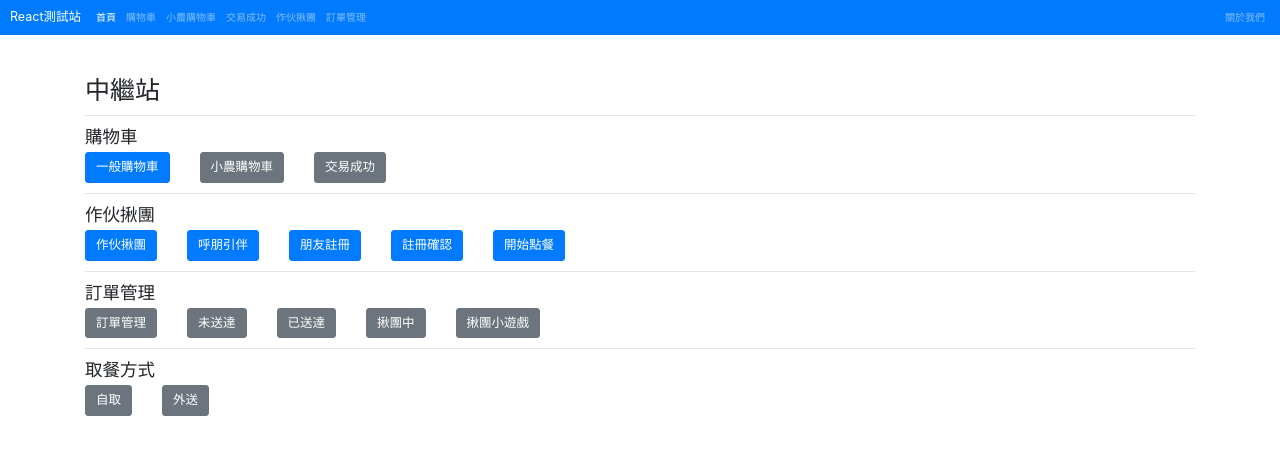
Repository: as2million/group_c
Page: /
An editor plug-in stored every save of this project. The page is shown before and after the next save, followed by the edit.
The browser window is 1280 px wide. The pictures show the whole page.
The project was rebuilt for these pictures with package versions that can differ from the ones it lists, and the page was loaded fresh each time. Also part of the build but not shown: src/Cha/pages-demo/About.js, src/Cha/pages-demo/Product.js, src/Cha/pages-demo/Success.js, src/Cha/Components/Cha-Cart-ProgressBar/ChaCartProgressBar.scss, src/Cha/Components/Cha-Cart-ProgressBar/ChaCartProgressBar.js, src/Cha/Components/Cha-Cart-Submit-Card/ChaCartSubmitCard.scss, src/Cha/Components/Cha-Cart-Submit-Card/ChaCartSubmitCard.js, src/Share/Components/Counter/Counter.scss and 30 more.

Above is the page before, as saved 2020-10-29 09:32:47.

### public/index.html
<!DOCTYPE html>
<html lang="en">

<head>
  <meta charset="utf-8" />
  <link rel="icon" href="%PUBLIC_URL%/favicon.ico" />
  <meta name="viewport" content="width=device-width, initial-scale=1" />
  <meta name="theme-color" content="#000000" />
  <meta name="description" content="Web site created using create-react-app" />
  <link rel="apple-touch-icon" href="%PUBLIC_URL%/logo192.png" />
  <!--
      manifest.json provides metadata used when your web app is installed on a
      user's mobile device or desktop. See https://developers.google.com/web/fundamentals/web-app-manifest/
    -->
  <link rel="manifest" href="%PUBLIC_URL%/manifest.json" />
  <!--
      Notice the use of %PUBLIC_URL% in the tags above.
      It will be replaced with the URL of the `public` folder during the build.
      Only files inside the `public` folder can be referenced from the HTML.

      Unlike "/favicon.ico" or "favicon.ico", "%PUBLIC_URL%/favicon.ico" will
      work correctly both with client-side routing and a non-root public URL.
      Learn how to configure a non-root public URL by running `npm run build`.
    -->

  <!-- bootstrap -->
  <link rel="stylesheet" href="https://stackpath.bootstrapcdn.com/bootstrap/4.1.3/css/bootstrap.min.css"
    integrity="sha384-MCw98/SFnGE8fJT3GXwEOngsV7Zt27NXFoaoApmYm81iuXoPkFOJwJ8ERdknLPMO" crossorigin="anonymous">
  <title>React App</title>
</head>

<body>
  <noscript>You need to enable JavaScript to run this app.</noscript>
  <div id="root"></div>
  <!--
      This HTML file is a template.
      If you open it directly in the browser, you will see an empty page.

      You can add webfonts, meta tags, or analytics to this file.
      The build step will place the bundled scripts into the <body> tag.

      To begin the development, run `npm start` or `yarn start`.
      To create a production bundle, use `npm run build` or `yarn build`.
    -->
</body>

</html>

### src/index.js
import React from 'react';
import ReactDOM from 'react-dom';
import './index.scss';
// import JanAppTest from './JanAppTest';
import * as serviceWorker from './serviceWorker';
// import ClaudiaAppTest from './ClaudiaAppTest'
// import JessAppTest from './JessAppTest'
// import IrisAppTest from './IrisAppTest';
import ChaAppTest from './ChaAppTest';
// import RuAppTest from './RuAppTest';
ReactDOM.render(
  <React.StrictMode>
    {/* <ClaudiaAppTest /> */}
    {/* <JanAppTest /> */}
    {/* <JessAppTest /> */}
    {/* <IrisAppTest /> */}
    <ChaAppTest />
    {/* <RuAppTest /> */}
  </React.StrictMode>,
  document.getElementById('root')
);

// If you want your app to work offline and load faster, you can change
// unregister() to register() below. Note this comes with some pitfalls.
// Learn more about service workers: https://bit.ly/CRA-PWA
serviceWorker.unregister();

### src/index.scss
// @import "./Share/Components/NavBar/Navbar.scss";

@import '~bootstrap/scss/bootstrap.scss';

body {
  margin: 0;
  font-family: -apple-system, BlinkMacSystemFont, 'Segoe UI', 'Roboto', 'Oxygen',
    'Ubuntu', 'Cantarell', 'Fira Sans', 'Droid Sans', 'Helvetica Neue',
    sans-serif;
  -webkit-font-smoothing: antialiased;
  -moz-osx-font-smoothing: grayscale;
}

code {
  font-family: source-code-pro, Menlo, Monaco, Consolas, 'Courier New',
    monospace;
}

### src/ChaAppTest.js
import React, { useState, useEffect } from 'react';

// import MyNavbar from 'Cha/Components-demo/MyNavbar'
// import MainContent from 'Cha/Components-demo/MainContent'
import { BrowserRouter as Router, Route, Link, Switch } from 'react-router-dom';

import Home from 'Cha/pages-demo/Home';
import About from 'Cha/pages-demo/About';
import Product from 'Cha/pages-demo/Product';
import Success from 'Cha/pages-demo/Success';

// import ChaSwitchExample from 'Cha/Components-demo/Cha-Switch-Example/ChaSwitchExample';

import ChaCart from 'Cha/Pages/Cha-Cart/ChaCart';
import ChaGroupOrder from 'Cha/Pages/Cha-Group-Order/ChaGroupOrder';
import IrisProfilePageDemo from 'Cha/Pages/Iris-Profile-Page-Demo/IrisProfilePageDemo';

import ChaOrderManagement from 'Cha/Components/Cha-Order-Management/ChaOrderManagement';

function ChaAppTest() {
  return (
    <Router>
      <>
        <Switch>
          <Route exact path="/">
            <Home />
          </Route>
          <Route path="/cart">
            <ChaCart />
          </Route>
          <Route path="/groupOrder">
            <ChaGroupOrder />
          </Route>
          <Route path="/orderManagement">
            <ChaOrderManagement />
          </Route>
          <Route path="/irisProfilePageDemo">
            <IrisProfilePageDemo />
          </Route>
          {/* <Route path="/chaSwitchExample">
            <ChaSwitchExample />
          </Route> */}
        </Switch>
      </>
    </Router>
  );
}

export default ChaAppTest;

### src/Cha/pages-demo/Home.js
import React, { useState, useEffect } from 'react';
import { Link, Switch } from 'react-router-dom';

import MyNavbar from 'Cha/Components-demo/MyNavbar';

function Home(props) {
  return (
    <>
      <MyNavbar />
      <div className="container">
        <br />
        <br />
        <br />
        <br />
        <br />
        <h1>中繼站</h1>
        <hr />
        <h3>購物車</h3>
        <Link to="/cart">
          <button type="button" class="btn btn-primary btn-lg mr-5">
            一般購物車
          </button>
        </Link>
        <Link to="/">
          <button type="button" class="btn btn-secondary btn-lg mr-5">
            小農購物車
          </button>
        </Link>
        <Link to="/">
          <button type="button" class="btn btn-secondary btn-lg mr-5">
            交易成功
          </button>
        </Link>
        <hr />
        <h3>作伙揪團</h3>
        <Link to="/groupOrder/groupOrderCreate">
          <button type="button" class="btn btn-primary btn-lg mr-5">
            作伙揪團
          </button>
        </Link>
        <Link to="/groupOrder/groupOrderSearch">
          <button type="button" class="btn btn-primary btn-lg mr-5">
            呼朋引伴
          </button>
        </Link>
        <Link to="/groupOrder/groupOrderSignIn">
          <button type="button" class="btn btn-primary btn-lg mr-5">
            朋友註冊
          </button>
        </Link>
        <Link to="/groupOrder/groupOrderConfirm">
          <button type="button" class="btn btn-primary btn-lg mr-5">
            註冊確認
          </button>
        </Link>
        <Link to="/groupOrder/groupOrderMenu">
          <button type="button" class="btn btn-primary btn-lg mr-5">
            開始點餐
          </button>
        </Link>
        <hr />
        <h3>訂單管理</h3>
        <Link to="/irisProfilePageDemo">
          <button
            type="button"
            class="btn btn-secondary
           btn-lg mr-5"
          >
            訂單管理
          </button>
        </Link>
        <Link to="/orderManagement">
          <button
            type="button"
            class="btn btn-secondary
           btn-lg mr-5"
          >
            未送達
          </button>
        </Link>

        <Link to="/">
          <button
            type="button"
            class="btn btn-secondary
           btn-lg mr-5"
          >
            已送達
          </button>
        </Link>
        <Link to="/">
          <button
            type="button"
            class="btn btn-secondary
           btn-lg mr-5"
          >
            揪團中
          </button>
        </Link>
        <Link to="/">
          <button
            type="button"
            class="btn btn-secondary
           btn-lg mr-5"
          >
            揪團小遊戲
          </button>
        </Link>
        <hr />
        <h3>取餐方式</h3>
        <Link to="/">
          <button
            type="button"
            class="btn btn-secondary
           btn-lg mr-5"
          >
            自取
          </button>
        </Link>
        <Link to="/">
          <button
            type="button"
            class="btn btn-secondary
           btn-lg mr-5"
          >
            外送
          </button>
        </Link>
      </div>
    </>
  );
}
export default Home;

### src/Cha/Components-demo/MyNavbar.js
import React, { useState, useEffect } from 'react';
import {
  Navbar,
  Nav,
  Form,
  FormControl,
  Button,
  NavDropdown,
} from 'react-bootstrap';

// 選單連結要使用NavLink取代Link
import { NavLink } from 'react-router-dom';

function MyNavbar(props) {
  return (
    <>
      <Navbar
        collapseOnSelect
        expand="lg"
        bg="primary"
        variant="dark"
        fixed="top"
      >
        <Navbar.Brand href="#home">React測試站</Navbar.Brand>
        <Navbar.Toggle aria-controls="responsive-navbar-nav" />
        <Navbar.Collapse id="responsive-navbar-nav">
          <Nav className="mr-auto">
            {/* 把Nav.Link作為NavLink來使用 */}
            {/* 一定要加上exact，不然首頁會一直點亮(active) */}
            <Nav.Link as={NavLink} to="/" exact>
              首頁
            </Nav.Link>
            <Nav.Link as={NavLink} to="/cart">
              購物車
            </Nav.Link>
            <Nav.Link as={NavLink} to="/cha_farmer_cart">
              小農購物車
            </Nav.Link>
            <Nav.Link as={NavLink} to="/cha_cart_order_success">
              交易成功
            </Nav.Link>
            <Nav.Link as={NavLink} to="/groupOrder">
              作伙揪團
            </Nav.Link>
            <Nav.Link as={NavLink} to="/order_management">
              訂單管理
            </Nav.Link>
          </Nav>
          <Nav>
            <Nav.Link as={NavLink} to="/about">
              關於我們
            </Nav.Link>
          </Nav>
        </Navbar.Collapse>
      </Navbar>
    </>
  );
}

export default MyNavbar;

### src/Cha/Pages/Cha-Cart/ChaCart.scss
html {
  font-size: 10px;
}

.cha-wrap {
  display: flex;
  justify-content: center;
  margin-top: 0rem;
  padding-top: 8.5rem;
  background-color: #f7ede2;
}
// 我自己的共用屬性
// .step-header {
//   font-size: 2.4rem;
//   border-bottom: .1rem solid #8585853a;
//   padding-top: 1.5rem;
//   padding-bottom: 1.5rem;
//   margin-top: 1.5rem;
//   margin-bottom: 1.5rem;
// }

// .step-check-btn {
//   height: 4.5rem;
//   width: 17.0rem;
//   border-radius: 5.0rem;
//   background-color: #fff;
//   border: solid .1rem #e0611e;
//   outline: none;
//   color: #e0611e;
//   font-size: 1.8rem;
//   &:hover {
//     background-color: #e0611e;
//     color: #fff;
//   }
// }
// .step-check-btn-div {
//   display: flex;
//   justify-content: flex-end;
//   margin-top: 2.0rem;
//   margin-bottom: 4.0rem;
// }

// .horizontal-line {
//   border-bottom: .1rem solid #8585853a;
// }

Loaded but not shown: src/serviceWorker.js (common file)

After the next save:
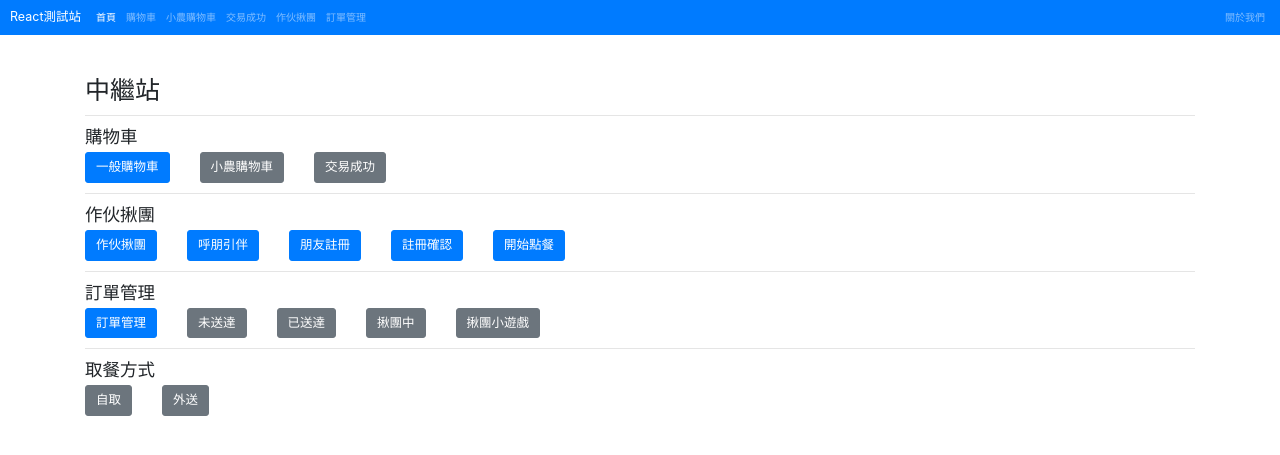
Saved 5 s later.
--- a/src/Cha/pages-demo/Home.js
+++ b/src/Cha/pages-demo/Home.js
@@ -63,7 +63,7 @@ function Home(props) {
         <Link to="/irisProfilePageDemo">
           <button
             type="button"
-            class="btn btn-secondary
+            class="btn btn-primary
            btn-lg mr-5"
           >
             訂單管理
